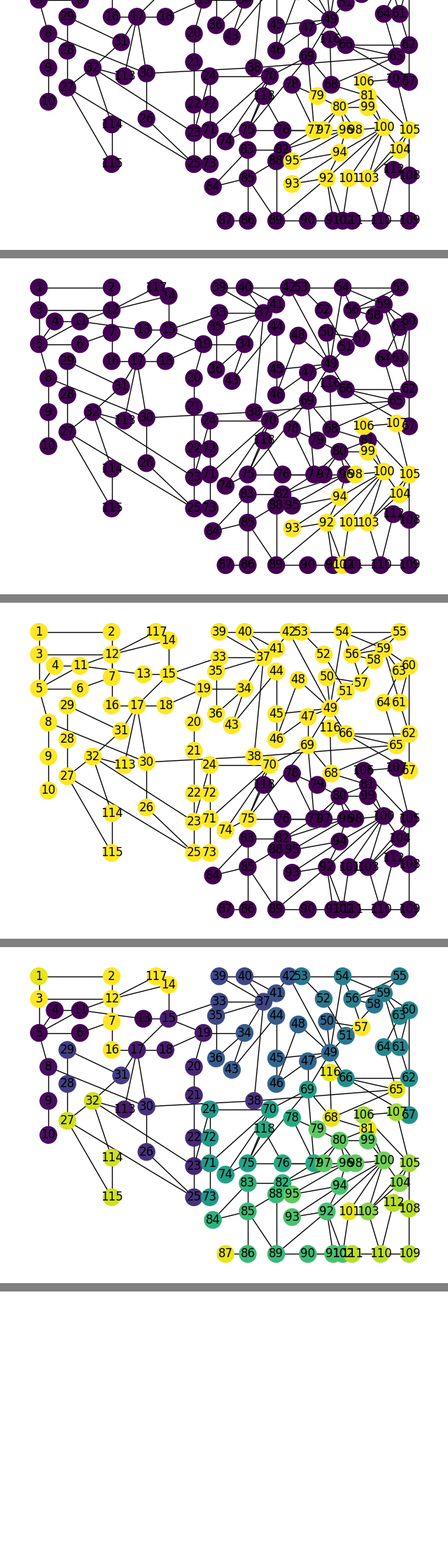
Repository: AyresNishio/Segmenta--o-118-barras
Script's output: python test_clustering.py
The author's editor kept a copy of each file at every save. The script's output is drawn from the files as they stood at one save, then again after the next save.
The pictures show rows 615 to 2855 of an output 2940 px tall, at 70% of full size.
Each picture stacks the figures in order, with grey between them; figures that are only written to a file come last. Random numbers start from a fixed seed.

Above is the script's output before, as saved 2021-09-20 23:15:03.

### test_clustering.py
from sklearn import cluster
import networkx as nx
from collections import defaultdict
import matplotlib.pyplot as plt
from matplotlib import cm
import seaborn as sns
import pandas as pd
import numpy as np
from sklearn.metrics.cluster import normalized_mutual_info_score
from sklearn.metrics.cluster import adjusted_rand_score

def graph_to_edge_matrix(G):
    """Convert a networkx graph into an edge matrix.
    See https://www.wikiwand.com/en/Incidence_matrix for a good explanation on edge matrices

    Parameters
    ----------
    G : networkx graph
    """
    # Initialize edge matrix with zeros
    edge_mat = np.zeros((len(G), len(G)), dtype=int)

    # Loop to set 0 or 1 (diagonal elements are set to 1)
    for node in G:
        for neighbor in G.neighbors(node):
            edge_mat[node-1][neighbor-1] = 1
        edge_mat[node-1][node-1] = 1

    return edge_mat


def Monta_sys(Ss,Ybus):

    G = nx.Graph()

    for v in Ss:
        G.add_node(v)

    for i in Ss:
        for j in Ss:
            if (i>j)  and (Ybus[i-1, j-1]) == 1:
               G.add_edge(i,j)
    return G

#######################################################Main#########################################################
Ybus = np.loadtxt("ieee-118-bus.txt", dtype='i', delimiter=",")
coord = {
1: np.array([15, 0]),
2: np.array([130, 0]),
3: np.array([15, -40]),
4: np.array([40, -60]),
5: np.array([15, -100]),
6: np.array([80, -100]),
7: np.array([130, -80]),
8: np.array([30, -160]),
9: np.array([30, -220]),
10: np.array([30, -280]),
11: np.array([80, -60]),
12: np.array([130, -40]),
13: np.array([180, -75]),
14: np.array([220, -15]),
15: np.array([220, -75]),
16: np.array([130, -130]),
17: np.array([170, -130]),
18: np.array([215, -130]),
19: np.array([275, -100]),
20: np.array([260, -160]),
21: np.array([260, -210]),
22: np.array([260, -285]),
23: np.array([260, -335]),
24: np.array([285, -235]),
25: np.array([260, -390]),
26: np.array([185, -310]),
27: np.array([60, -255]),
28: np.array([60, -190]),
29: np.array([60, -130]),
30: np.array([185, -230]),
31: np.array([145, -175]),
32: np.array([100, -220]),
33: np.array([300, -45]),
34: np.array([340, -100]),
35: np.array([295, -70]),
36: np.array([295, -145]),
37: np.array([370, -45]),
38: np.array([355, -220]),
39: np.array([300, 0]),
40: np.array([340, 0]),
41: np.array([390, -30]),
42: np.array([410, 0]),
43: np.array([320, -165]),
44: np.array([390, -70]),
45: np.array([390, -145]),
46: np.array([390, -190]),
47: np.array([440, -150]),
48: np.array([425, -85]),
49: np.array([475, -135]),
50: np.array([470, -80]),
51: np.array([500, -105]),
52: np.array([465, -40]),
53: np.array([430, 0]),
54: np.array([495, 0]),
55: np.array([585, 0]),
56: np.array([510, -40]),
57: np.array([525, -90]),
58: np.array([545, -50]),
59: np.array([560, -30]),
60: np.array([600, -60]),
61: np.array([585, -125]),
62: np.array([600, -180]),
63: np.array([585, -70]),
64: np.array([560, -125]),
65: np.array([580, -200]),
66: np.array([500, -180]),
67: np.array([600, -245]),
68: np.array([477, -250]),
69: np.array([440, -200]),
70: np.array([380, -235]),
71: np.array([285, -330]),
72: np.array([285, -285]),
73: np.array([285, -390]),
74: np.array([310, -350]),
75: np.array([345, -330]),
76: np.array([400, -330]),
77: np.array([450, -330]),
78: np.array([415, -250]),
79: np.array([455, -270]),
80: np.array([490, -290]),
81: np.array([535, -270]),
82: np.array([400, -365]),
83: np.array([345, -365]),
84: np.array([290, -430]),
85: np.array([345, -415]),
86: np.array([345, -490]),
87: np.array([310, -490]),
88: np.array([390, -385]),
89: np.array([390, -490]),
90: np.array([440, -490]),
91: np.array([480, -490]),
92: np.array([470, -415]),
93: np.array([415, -425]),
94: np.array([490, -370]),
95: np.array([415, -385]),
96: np.array([500, -330]),
97: np.array([465, -330]),
98: np.array([515, -330]),
99: np.array([535, -290]),
100: np.array([560, -325]),
101: np.array([505, -415]),
102: np.array([495, -490]),
103: np.array([535, -415]),
104: np.array([585, -365]),
105: np.array([600, -330]),
106: np.array([528, -245]),
107: np.array([580, -240]),
108: np.array([600, -410]),
109: np.array([600, -490]),
110: np.array([555, -490]),
111: np.array([510, -490]),
112: np.array([575, -400]),
113: np.array([150, -235]),
114: np.array([130, -320]),
115: np.array([130, -390]),
116: np.array([475, -170]),
117: np.array([200, 0]),
118: np.array([370, -270])}

#Monta G
G  = Monta_sys(range(1,np.size(Ybus,0)+1),Ybus)
nx.draw_networkx(G,coord,with_labels=True)
plt.show()

#Convert Grapgh into a matrix
edge_mat = graph_to_edge_matrix(G)
print(edge_mat)

k_clusters = 2
results = []
algorithms = {}

#K-Means
algorithms['kmeans'] = cluster.KMeans(n_clusters=k_clusters, n_init=118)

#Agglomerative Clustering
algorithms['agglom'] = cluster.AgglomerativeClustering(n_clusters=k_clusters, linkage="ward")

#Spectral Clustering
algorithms['spectral'] = cluster.SpectralClustering(n_clusters=k_clusters, affinity="precomputed", n_init=118)

#Affinity Propagation
algorithms['affinity'] = cluster.AffinityPropagation(damping=0.6)

# Fit all models
for model in algorithms.values():
    model.fit(edge_mat)
    results.append(list(model.labels_))
print("Models Fitted")

#K-Means
nx.draw(G,coord,with_labels = True, node_color=list(algorithms['kmeans'].labels_))
plt.title("kmeans118_test")
plt.show()
plt.savefig("kmeans118_test.pdf")
#Agglomerative Clustering
nx.draw(G,coord,with_labels = True, node_color=list(algorithms['agglom'].labels_))
plt.title("Agglomerative_118_test")
plt.show()
plt.savefig("Agglomerative_118_test.pdf")
#Spectral Clustering
nx.draw(G,coord,with_labels = True, node_color=list(algorithms['spectral'].labels_))
plt.title("Spectral_118_test")
plt.show()
plt.savefig("Spectral_118_test.pdf")
#Affinity
nx.draw(G,coord,with_labels = True, node_color=list(algorithms['affinity'].labels_))
plt.title("Affinity_118_test")
plt.show()
plt.savefig("Affinity_118_test.pdf")

print('plot finished')

Loaded but not shown: ieee-118-bus.txt (118 lines, source omitted)

After the next save:
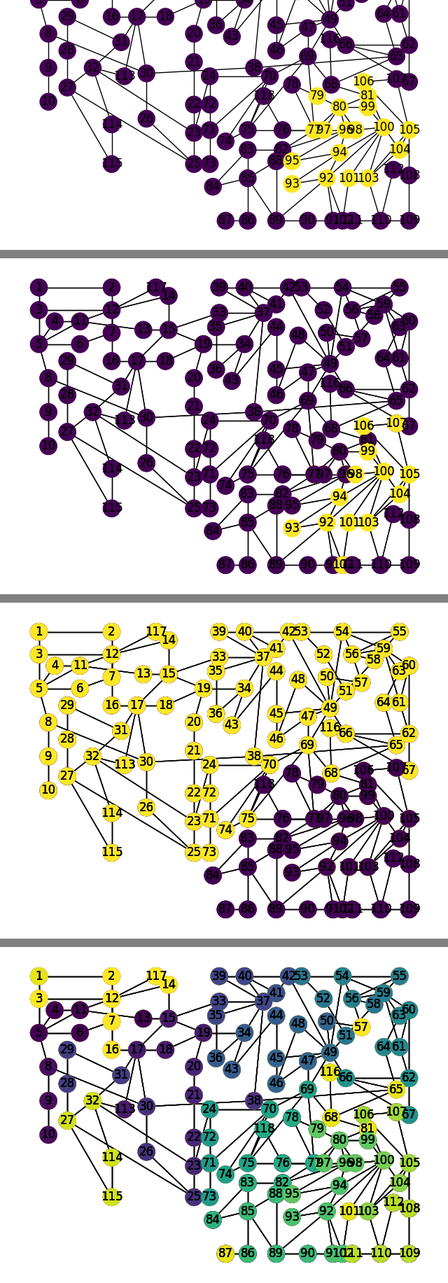
Saved 2 min 0 s later.
--- a/test_clustering.py
+++ b/test_clustering.py
@@ -198,22 +198,22 @@ print("Models Fitted")
 #K-Means
 nx.draw(G,coord,with_labels = True, node_color=list(algorithms['kmeans'].labels_))
 plt.title("kmeans118_test")
-plt.show()
-plt.savefig("kmeans118_test.pdf")
+# plt.show()
+plt.savefig("kmeans118_test.png")
 #Agglomerative Clustering
 nx.draw(G,coord,with_labels = True, node_color=list(algorithms['agglom'].labels_))
 plt.title("Agglomerative_118_test")
-plt.show()
-plt.savefig("Agglomerative_118_test.pdf")
+# plt.show()
+plt.savefig("Agglomerative_118_test.png")
 #Spectral Clustering
 nx.draw(G,coord,with_labels = True, node_color=list(algorithms['spectral'].labels_))
 plt.title("Spectral_118_test")
-plt.show()
-plt.savefig("Spectral_118_test.pdf")
+# plt.show()
+plt.savefig("Spectral_118_test.png")
 #Affinity
 nx.draw(G,coord,with_labels = True, node_color=list(algorithms['affinity'].labels_))
 plt.title("Affinity_118_test")
-plt.show()
-plt.savefig("Affinity_118_test.pdf")
+# plt.show()
+plt.savefig("Affinity_118_test.png")
 
 print('plot finished')
